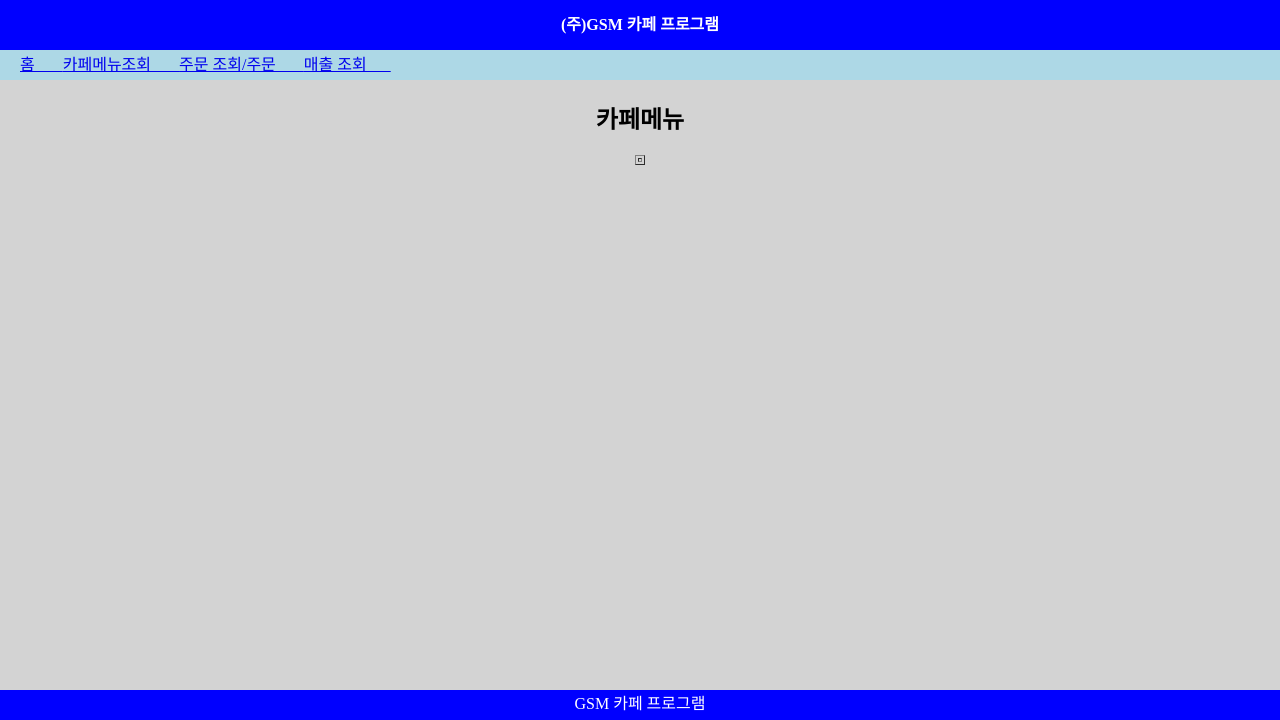
Repository: jiye-stingray/JSP
Page: http://localhost/Cafe/menulist.jsp
An editor plug-in stored every save of this project. The page is shown before and after the next save, followed by the edit.
The browser window is 1280 px wide. The pictures show the whole page.
The page is served by Tomcat 9. Other server files are loaded and not shown.

Above is the page before, as saved 2022-10-04 10:47:58.

### WithMIRA/Cafe/src/main/webapp/menulist.jsp
<%@page language="java" contentType="text/html; charset=UTF-8"
    pageEncoding="UTF-8"%>
<!DOCTYPE html>
<html>
<head>
<meta charset="UTF-8">
<title>Insert title here</title>
</head>
<body>
<jsp:include page="header.jsp"></jsp:include>

<section style = "position: fixed; left: 0; width:100%; height: 100%; top:80px; background-color: lightgray" >
<h2 style ="text-align: center;">카페메뉴</h2>

<form name = "frm"; style = "display: flex; text-align: center; justify-content: center; align-items: center">
<table border = "1">
	<tr>
		<td></td>
	</tr>

</table>
</form>

</section>

<jsp:include page="footer.jsp"></jsp:include>
</body>
</html>

### WithMIRA/Cafe/src/main/webapp/header.jsp
<%@ page language="java" contentType="text/html; charset=UTF-8"
    pageEncoding="UTF-8"%>
<%@ include file="DBCON.jsp"%>
<!DOCTYPE html>
<html>
<head>
<meta charset="UTF-8">
<title>Insert title here</title>
</head>
<body>
<header style = "position:fixed; top: 0; left:0; width: 100%; height: 50px; text-align: center;
line-height: 50px; background-color: blue; color: white;">
<b> (주)GSM 카페 프로그램 </b>
</header>

<nav style = "position: fixed; top: 50px; left:0; height: 30px; width: 100%; line-height: 30px; background-color: lightblue;
padding-left: 20px">
<a href="index.jsp"> 홈 &nbsp; &nbsp; &nbsp; </a>
<a href="menulist.jsp"> 카페메뉴조회 &nbsp; &nbsp; &nbsp; </a>
<a href="orderlist.jsp"> 주문 조회/주문 &nbsp; &nbsp; &nbsp; </a>
<a href="sales.jsp"> 매출 조회 &nbsp; &nbsp; &nbsp; </a>

</nav>
</body>
</html>

### WithMIRA/Cafe/src/main/webapp/DBCON.jsp
<%@page import="java.sql.*"%>
<%@ page language="java" contentType="text/html; charset=UTF-8"
    pageEncoding="UTF-8"%>
<!DOCTYPE html>
<%
request.setCharacterEncoding("UTF-8");
Class.forName("oracle.jdbc.OracleDriver");
Connection conn = DriverManager.getConnection("jdbc:oracle:thin:@//localhost:1521/xe", "system", "1234");
%>

### WithMIRA/Cafe/src/main/webapp/footer.jsp
<%@ page language="java" contentType="text/html; charset=UTF-8"
    pageEncoding="UTF-8"%>
<!DOCTYPE html>
<html>
<head>
<meta charset="UTF-8">
<title>Insert title here</title>
</head>
<body>

<footer style = "position: fixed; bottom: 0; width:100%; height: 30px; text-align: center; left:0; background-color: blue; color: white;">
 GSM 카페 프로그램
</footer>

</body>
</html>

After the next save:
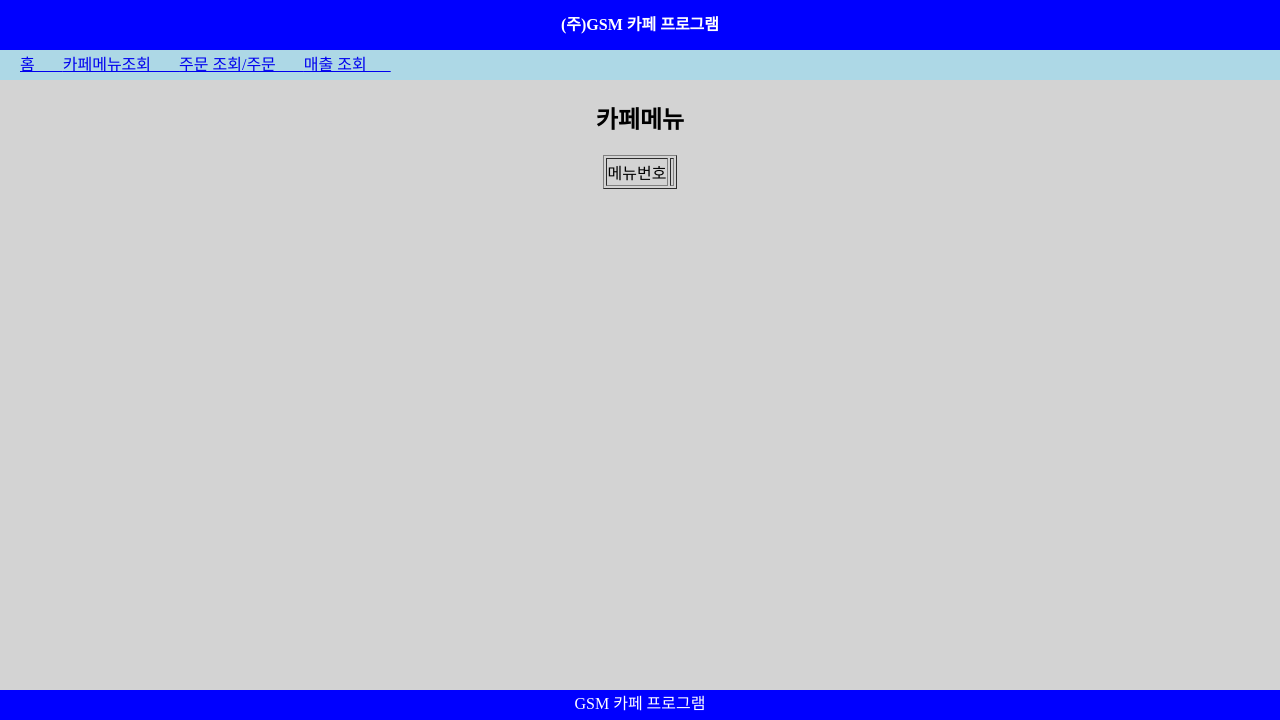
Saved 19 s later.
--- a/WithMIRA/Cafe/src/main/webapp/menulist.jsp
+++ b/WithMIRA/Cafe/src/main/webapp/menulist.jsp
@@ -15,6 +15,7 @@
 <form name = "frm"; style = "display: flex; text-align: center; justify-content: center; align-items: center">
 <table border = "1">
 	<tr>
+		<td>메뉴번호</td>
 		<td></td>
 	</tr>
 
